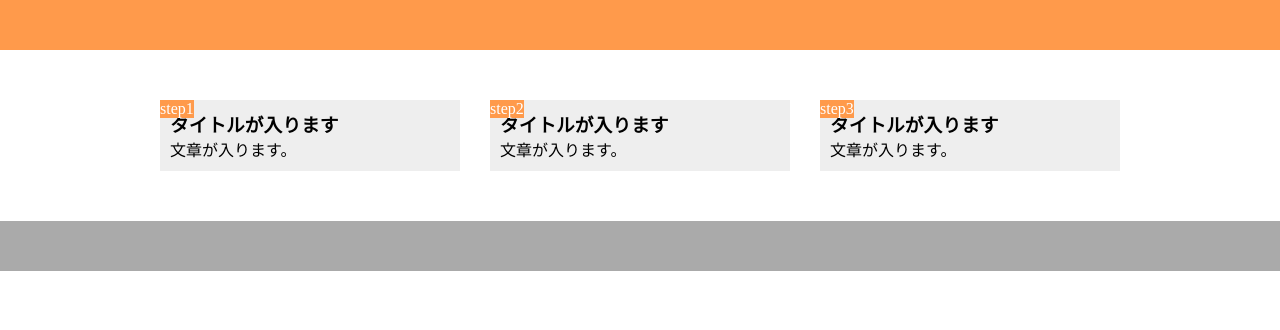
Repository: yofuu/caravan-chapter4
Page: chpter9/chapter10.html
The author's editor kept a record of every edit. The page is drawn from the files as they stood at one moment, then again after the next edit.
The browser window is 1280 px wide. The pictures show the whole page.

Above is the page before.

### chpter9/chapter10.html
<!DOCTYPE html>
<html lang="ja">
  <head>
    <meta charset="UTF-8" />
    <link rel="stylesheet" href="chapter10.css" />
    <title>HTML.１０章確認問題</title>
  </head>

  <body>
    <header></header>

    <main>
      <div class="step-box">
      <div class="blog-img1"></div>
      <h3>タイトルが入ります</h3>
      <p>文章が入ります。</p>
      <div class="step-num">
        <p>step1</p>
      </div>
      </div>

      <div class="step-box">
      <div class="blog-img2"></div>
      <h3>タイトルが入ります</h3>
      <p>文章が入ります。</p>
      <div class="step-num">
        <p>step2</p>
      </div>
      </div>

      <div class="step-box">
      <div class="blog-img3"></div>
      <h3>タイトルが入ります</h3>
      <p>文章が入ります。</p>
      <div class="step-num">
        <p>step3</p>
      </div>
      </div>



    </main>

    <footer></footer>

  </body>
</html>

### chpter9/chapter10.css
* {
  box-sizing: border-box;
  margin: 0;
  padding: 0;
}

header {
  height: 50px;
  background-color: #ff9a4b;
}

main {
  width: 960px;
  margin: 50px auto;
  display: flex;
}

.step-box {
  width: 300px;
  margin-right: 30px;
  padding: 10px;
  position: relative;
  background-color: #eee;
}

.step-box:last-child {
  margin-right: 0;
}

. blog-img1 {
  height: 150px;
  background-image: url(img/flow01.png);
  background-position: bottom;
  background-size: cover;
}

.-img2 {
  height: 150px;
  background-image: url(img/flow02.png);
  background-position: bottom;
  background-size: cover;
}
.step-img3 {
  height: 150px;
  background-image: url(img/flow03.png);
  background-position: bottom;
  background-size: cover;
}

.step-num {
  position: absolute;
  top: 0;
  left: 0;
  background-color: #ff9a4b;
  color: #fff;
}

.title {
  margin: 15px 0 5px;
}

footer {
  height: 50px;
  background-color: #aaa;
}

After the next edit:
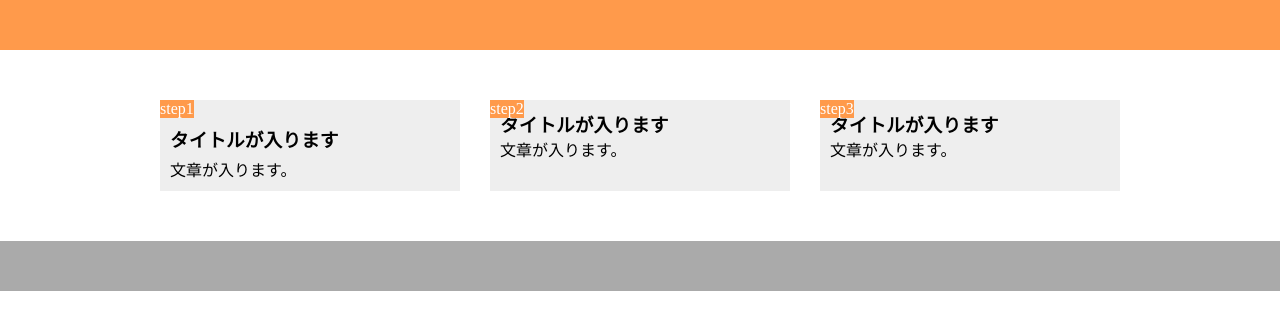
The edit:
--- a/chpter9/chapter10.html
+++ b/chpter9/chapter10.html
@@ -12,7 +12,7 @@
     <main>
       <div class="step-box">
       <div class="blog-img1"></div>
-      <h3>タイトルが入ります</h3>
+      <h3 class="title">タイトルが入ります</h3>
       <p>文章が入ります。</p>
       <div class="step-num">
         <p>step1</p>
